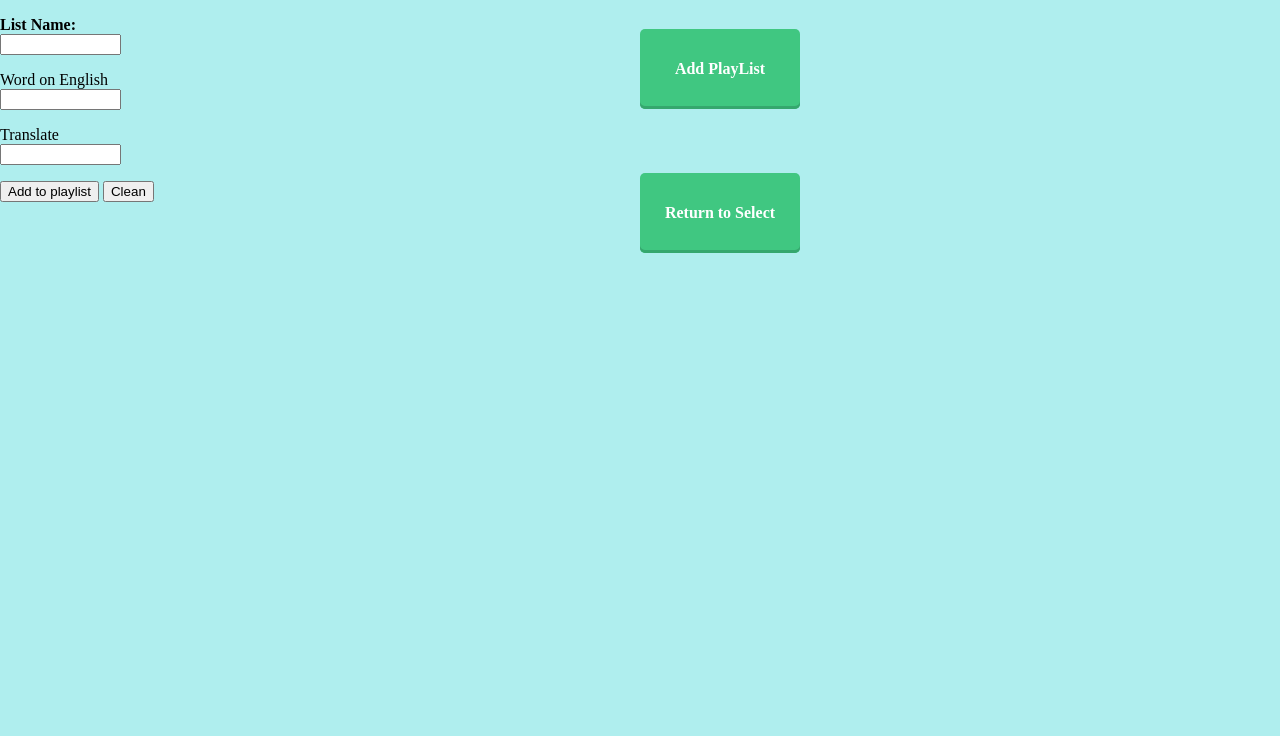
Repository: Artem-Brunov/msu_prac
Page: workspace/BasicUI/NewWithBonus.html
An editor plug-in stored every save of this project. The page is shown before and after the next save, followed by the edit.
The browser window is 1280 px wide. The pictures show the whole page.

Above is the page before, as saved 2017-11-20 00:57:49.

After the next save:
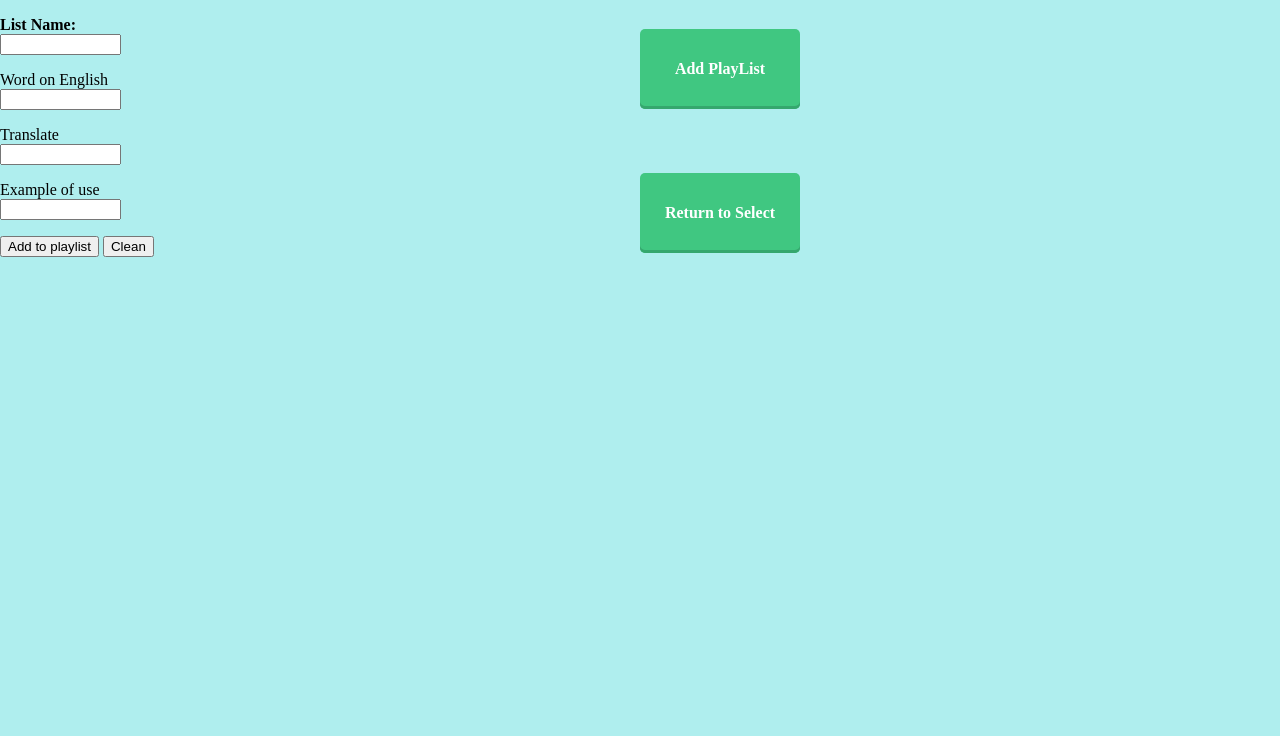
Saved 10 min 16 s later.
--- a/workspace/BasicUI/NewWithBonus.html
+++ b/workspace/BasicUI/NewWithBonus.html
@@ -21,6 +21,9 @@
   		<p>Translate<br>
   			 <input type="text" size="12">
   		</p>
+  		<p>Example of use<br>
+  			 <input type="text" size="12">
+  		</p>
   		<p><input type="submit" value="Add to playlist">
    		<input type="reset" value="Clean"></p>
  	</form>
